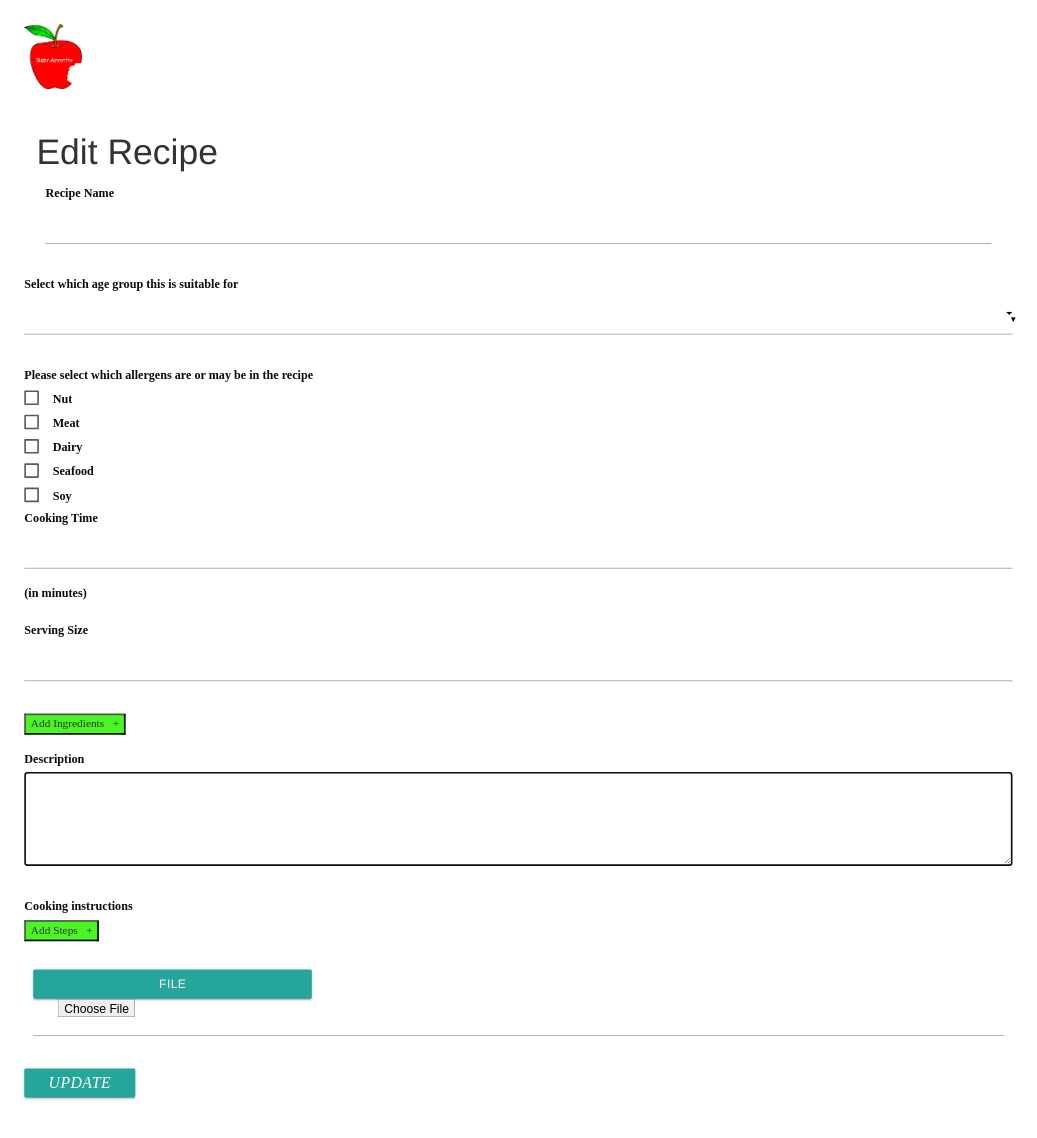
Repository: blueag8/babyappytite
Page: templates/testformupdate.html
The author's editor kept a record of every edit. The page is drawn from the files as they stood at one moment, then again after the next edit.
The browser window is 1280 px wide. The pictures show the whole page, at 81% of full size.
Some web fonts or font styles are not loaded; a fallback is used. Some web libraries are served in a nearby version. The page is served by the project's application, run on Flask 3 (app.py). The template is opened directly, without the code that normally fills it, so the values that code supplies are empty.

Above is the page before.

### templates/testformupdate.html
{% extends 'base.html'%}{% block content %}



  <h3>Edit Recipe</h3>
    <div class="row">
      <form action="{{ url_for('update_recipe', recipe_id=recipe._id) }}" name="form" method="POST" class="col s12">
      <label class="recipe_name">Recipe Name</label>
      <input type="text" class="form-control" id="recipe_name" name="recipe_name" value="{{recipe.recipe_name}}">
       </div>
    </div>


  <div class="row">
      <label for="category_age">Select which age group this is suitable for</label>
        <select class="category" id="category_age" name="category_age" onclick="getOption()">
          <option value="{{recipe.category_age}}">{{recipe.category_age}}</option>
          <option value="1">6 months +</option>
          <option value="2">7 months +</option>
          <option value="3">10 months +</option>
          <option value="4">12 months +</option>
        </select>
      </div>
  </div>

  <div="container-fluid">
   <div class = "allergens">
      <label class="allergens">Please select which allergens are or may be in the recipe</label>
      </div>

      <div class="form-check form-check-inline">
        <input class="form-check-input" type="checkbox" id="nut" name="allergen" value="nut"{% if 'nut' in recipe.allergens %}checked{% endif %} >
        <label class="form-check-label" for="nut">Nut</label>
      </div>

      <div class="form-check form-check-inline">
        <input class="form-check-input" type="checkbox" id="meat" name="allergen" value="meat"{% if 'meat' in recipe.allergens %}checked{% endif %}>
        <label class="form-check-label" for="meat">Meat</label>
      </div>

      <div class="form-check form-check-inline">
        <input class="form-check-input" type="checkbox" id="dairy" name="allergen" value="dairy"{% if 'dairy' in recipe.allergens %}checked{% endif %}>
        <label class="form-check-label" for="dairy">Dairy</label>
      </div>

      <div class="form-check form-check-inline">
        <input class="form-check-input" type="checkbox" id="seafood" name="allergen " value="seafood"{% if 'seafood' in recipe.allergens %}checked{% endif %}>
        <label class="form-check-label" for="seafood">Seafood</label>
      </div>

      <div class="form-check form-check-inline">
        <input class="form-check-input" type="checkbox" id="soy" name="allergen" value="soy">
        <label class="form-check-label" for="soy">Soy</label>
      </div>
    </div>
  </div>
</div>

  <div class="form row">
    <label for="cooking_time">Cooking Time</label>

      <input type="number" name="cooking_time" min="0" max="100" step="1" value="{{recipe.cooking_time}}" required>
      <label>(in minutes)</label>
    </div>
  </div>
  <div class="form row">
    <label for="portion_sizes">Serving Size</label>
    <input type="number" name="portion_size" min="0" max="100" step="1" value="{{recipe.portion_size}}" required>
    </div>
  </div>


  <div class="row">
    <div class= "wrapper">
       <div class="container1">
        <button class="add_ingredients">Add Ingredients &nbsp;
          <span>+ </span>
        </button>
         {% for ingredient in recipe.ingredients %}
           <textarea name="ingredient" class="materialize-textarea" value="{{ingredient}}">

             {{ingredient}}

            </textarea>
            <a href="#" class="delete">Delete</a></div>
              {% endfor %}

          </div>
      </div>
    </div>

  <div class="form row">
    <label for="recipe_description">Description</label>
      <div class="row">
        <textarea class="form-control" id="recipe_description" name="recipe_description" rows="5" value="{{recipe.recipe_description}}">{{recipe.recipe_description}}</textarea>
         </div>
      </div>
   </div>

  <div class="form row">
    <label for="add_steps">Cooking instructions</label>
<!-------https://stackoverflow.com/questions/14853779/adding-input-elements-dynamically-to-form ----->
      <div class= "wrapper">
        <div class="container2">
            <button class="add_steps">Add Steps &nbsp;
            <span>+ </span>
            </button>

             {% for step in recipe.steps %}
           <textarea name="step" class="materialize-textarea" value="{{step}}">

             {{step}}

            </textarea>
            <a href="#" class="delete">Delete</a></div>
              {% endfor %}
          </div>
      </div>
    </div>


<div class="form row">
  <div class="input-field col s12">
    <div class="btn">
       <span>File</span>
        <input type="file">
    </div>
    <div class="file-path-wrapper">
        <input class="file-path validate" type="text">

    </div>
  </div>
</div>

  <div class="row">
      <button class="btn waves-effect waves-light" type="submit" name="action" value="submit">
          <i class="material-icons add_box">Update</i>
       </button>
  </div>
</div>
</form>
 {% endblock %}

### templates/base.html
<!DOCTYPE html>
<html lang="en">
<head>
    <meta charset="UTF-8">
    <meta name="viewport" content="width=device-width, initial-scale=1.0">
    <meta http-equiv="X-UA-Compatible" content="ie=edge">

    <title>"Baby Appy-tite | Recipes for 6 months +"</title>

    <link rel="stylesheet" href="https://maxcdn.bootstrapcdn.com/bootstrap/3.3.7/css/bootstrap.min.css" type="text/css">
    <link rel="stylesheet" href="https://stackpath.bootstrapcdn.com/font-awesome/4.7.0/css/font-awesome.min.css" type="text/css">
    <link href="https://fonts.googleapis.com/css?family=Emilys+Candy&display=swap" rel="stylesheet">
    <link rel="stylesheet" href="https://cdnjs.cloudflare.com/ajax/libs/materialize/0.100.2/css/materialize.min.css">
    <link rel="stylesheet" href="{{url_for('static', filename='css/style.css')}}" type="text/css" />
</head>
<header>
         <div class="nav-wrapper">
              <div class="navbar img">
                 <a class="icon" href="{{url_for('home')}}">
                      <img src="/static/img/babyappytite.png">
                </a>
            </div>
        </div>
      </div>
</header>
<body>
    <div class="container-fluid">
        {% block content %}{% endblock %}
    </div>

    <script src="https://cdnjs.cloudflare.com/ajax/libs/jquery/3.3.1/jquery.min.js"></script>
    <script src="https://cdnjs.cloudflare.com/ajax/libs/jquery/3.2.1/jquery.min.js"></script>
    <script src="https://maxcdn.bootstrapcdn.com/bootstrap/3.3.7/js/bootstrap.min.js" integrity="sha384-Tc5IQib027qvyjSMfHjOMaLkfuWVxZxUPnCJA7l2mCWNIpG9mGCD8wGNIcPD7Txa" crossorigin="anonymous"></script>
    <script src="https://cdnjs.cloudflare.com/ajax/libs/materialize/0.100.2/js/materialize.min.js"></script>
    <script type="text/javascript">
        $(document).ready(function() {
    var max_fields = 10;
    var wrapper = $(".container1");
    var add_button = $(".add_ingredients");
    var x = 1;
    $(add_button).click(function(e) {
        e.preventDefault();
        if (x < max_fields) {
            x++;
            $(wrapper).append('<div><input type="text" name="ingredient[]"/><a href="#" class="delete">Delete</a></div>'); //add input box
        } else {
            alert('You Reached the limits');
        }
    });
    $(wrapper).on("click", ".delete", function(e) {
        e.preventDefault();
        $(this).parent('div').remove();
        x--;
    });
 });
    </script>

 <script type="text/javascript">
 $(document).ready(function() {
    var max_fields = 10;
    var wrapper = $(".container2");
    var add_button = $(".add_steps");
    var x = 1;
    $(add_button).click(function(e) {
        e.preventDefault();
        if (x < max_fields) {
            x++;
            $(wrapper).append('<div><input type="text" name="step[]"/><a href="#" class="delete">Delete</a></div>'); //add input box
        } else {
            alert('You Reached the limits');
        }
    });
    $(wrapper).on("click", ".delete", function(e) {
        e.preventDefault();
        $(this).parent('div').remove();
        x--;
    });
 });
      </script>

  <script type="text/javascript">
    $(document).ready(function() {
    $('select').material_select();
  });
    </script>



</body>

</html>

### app.py
import pymongo
import os


from bson.objectid import ObjectId
from flask import Flask, render_template, redirect, request, url_for, flash
from flask_pymongo import PyMongo

#connect to database
app = Flask(__name__)

app.config['MONGO_DBNAME'] ="Baby_Recipes"
app.config["MONGO_URI"] ="mongodb+srv://blueag8:mongo8@cluster0-iodau.mongodb.net/Baby_Recipes?retryWrites=true&w=majority"
app.config['SECRET_KEY'] = 'yum'

mongo = PyMongo(app)


#home page



@app.route('/')
def home():
    return render_template("index.html", recipes=mongo.db.recipes.find())

#get
#single recipe

@app.route('/recipe/<recipe_id>')
def recipe(recipe_id):
    recipes=mongo.db.recipes.find({"_id": ObjectId(recipe_id)})
    return render_template("recipe.html", recipes=recipes )

#TEST1

#recipes categorized per page route

#@app.route('/recipes')
#def recipes():
   # recipes=mongo.db.recipes.find()
    #TEST
    #for recipe in recipes:
      #  print(recipe)

   # return render_template("recipes.html")

@app.route('/sixmonth_recipes')
def sixmonth_recipes():
   return render_template("recipes.html", recipes=mongo.db.recipes.find({"category_age":"6 months +"}))

@app.route('/sevenmonth_recipes')
def sevenmonth_recipes():
    return render_template("recipes.html", recipes=mongo.db.recipes.find({"category_age":"7 months +"}))

@app.route('/tenmonth_recipes')
def tenmonth_recipes():
    return render_template("recipes.html", recipes=mongo.db.recipes.find({"category_age":"10 months +"}))

@app.route('/twelvemonth_recipes')
def twelvemonth_recipes():
    return render_template("recipes.html",recipes=mongo.db.recipes.find({"category_age":"12 months +"}))

#add recipe

@app.route('/addrecipe')
def addrecipe():
    #return render_template("testform.html",recipes=mongo.db.recipes.find(),
          # categories=mongo.db.categories.find())
    return render_template("addrecipe.html", recipes=mongo.db.recipes.find(),
           categories=mongo.db.categories.find())

 #took idea for flash from https://github.com/Deirdre18/dumpdinners-recipe-app/blob/master/app.py

#@app.route('/insert_recipe', methods=['POST'])
#def insert_recipe():
   # recipes=mongo.db.recipes
   # recipes.insert(request.form.to.dict(flat=False))
   # flash ("Thank you, your recipe has been added!")

    #return render_template("addrecipe.html", recipe=recipe)
    #Test1 Failed

    #Testing2
@app.route('/insert_recipe', methods=['GET','POST'])
def insert_recipe():
    recipes=mongo.db.recipes

   # filepath = '../static/img/' + filename


    recipe_name=request.form["recipe_name"]
    category_age=request.form["category_age"]
    cooking_time=int(request.form["cooking_time"])
    portion_sizes=int(request.form["portion_size"])
    allergens=request.form.getlist("allergen")
    ingredients=request.form.getlist("ingredient")
    recipe_description=request.form["recipe_description"]
    steps=request.form.getlist("step")
    #filename = image.save(request.files['image'])

    form={

        "recipe_name":recipe_name,
        "category_age":category_age,
        "cooking_time":cooking_time,
        "portion_size":portion_sizes,
        "allergen": allergens,
        "ingredient": ingredients,
        "recipe_description":recipe_description,
        "step": steps,
       # "image": filepath,
          }



    recipes.insert_one(form)
    flash ("Thank you, your recipe has been added!")
    return redirect(url_for('home'))

#edit recipe
#@app.route('/editrecipe/<recipe_id>', methods=['GET','POST'])
#def editrecipe(recipe_id):

    #return render_template("testform.html",recipes=mongo.db.recipes.find(),
          # categories=mongo.db.categories.find())
    #return render_template("editrecipe.html",recipes=mongo.db.recipes.find({"_id": ObjectId(recipe_id)}),
          # categories=mongo.db.categories.find())

#TESTING
@app.route('/editrecipe/<recipe_id>')
def editrecipe(recipe_id):
    the_recipe = mongo.db.recipes.find_one({'_id': ObjectId(recipe_id)})
    all_categories=mongo.db.category_age.find()
    all_allergens=mongo.db.allergens.find()
    return render_template('testformupdate.html', recipe=the_recipe, all_llergens=allergen, category_age=all_categories)

@app.route('/update_recipe', methods=['POST'])
def update_recipe(recipe_id):
    recipes=mongo.db.recipes
    recipes.update( {'_id': ObjectId(recipe_id)},
   # filepath = '../static/img/' + filename
    {
    {
            'recipe_name':request.form.get["recipe_name"],
            'category_age':request.form.get["category_age"],
            'cooking_time':int(request.form["cooking_time"]),
            'portion_sizes':int(request.form["portion_size"]),
            'allergens':request.form.getlist('check'),
            'ingredients':request.form.getlist("ingredient"),
            'recipe_description':request.form["recipe_description"],
            'steps':request.form.getlist("step"),
            }
   # filename = image.save(request.files['image'])
      })

    #flash ("Thank you, your recipe has been added!")
    return redirect(url_for('home'))

   # filepath = '../static/img/' + filename

    #filename = image.save(request.files['image']




if __name__ == '__main__':
    app.run(host=os.environ.get('IP'),
            port=int(os.environ.get('PORT')),
            debug=True)

### static/css/style.css
body {
    margin: 15px;
    padding: 20px;
}

img {
    height: 150px;
    vertical-align: super;
}
.apple img {
    height: 200px;
}

.caterpillar img {
    height: 100px;
}

.mainlink img
{
    height: 125px;
    }

.navbar img {
    height: 80px;
}

.main {
    margin: 20px;
    padding: 20px;
    border: 15px;
}
.form-control {
    color: #0c0c0c;
    background-color: #fff;
    background-image: none;
    border: 2px solid #0b0b0b;
}
label {
   color: #0c0c0c;
    font-family: 'Emilys Candy', cursive;
    /* font-family: Emily; */
    font-size: 15px;
}

button{
    background-color: #4bf524;
    font-family: 'Emily';
}
.delete {
    color: #db1f1f;
}

/*---------Navbar----------*/
.navbar {
    position: relative;
    min-height: 50px;
    margin-bottom: 20px;
    border: none;
    background-color: transparent;
}
.navbar-brand img {
    height: 50px;
}

/*-----Media Queries--------*/

@media (min-width: 767px)
{
body {
    margin: 10px;
}
}

After the next edit:
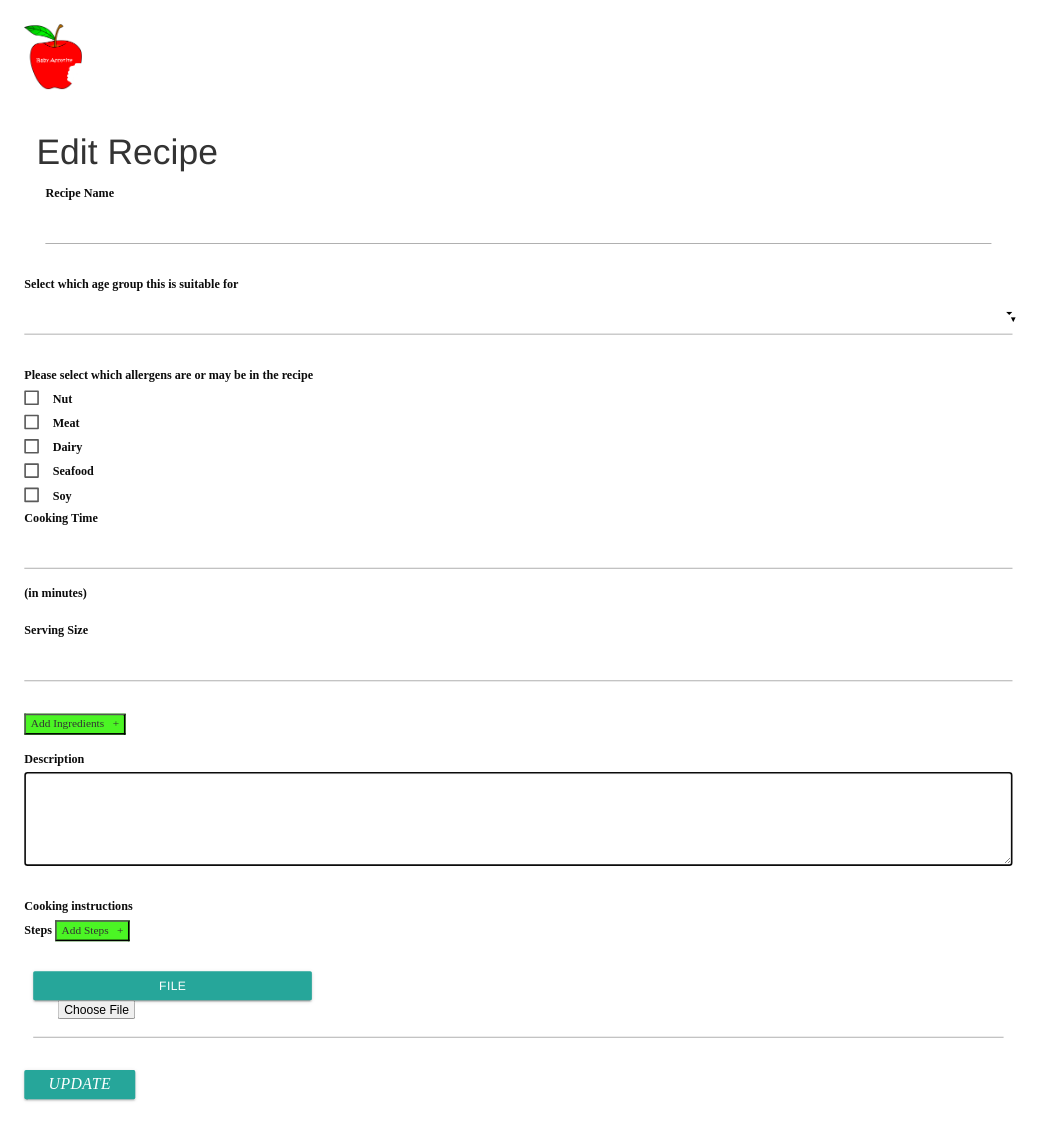
The edit:
--- a/templates/testformupdate.html
+++ b/templates/testformupdate.html
@@ -102,6 +102,7 @@
 <!-------https://stackoverflow.com/questions/14853779/adding-input-elements-dynamically-to-form ----->
       <div class= "wrapper">
         <div class="container2">
+           <label for="steps">Steps</label>
             <button class="add_steps">Add Steps &nbsp;
             <span>+ </span>
             </button>
